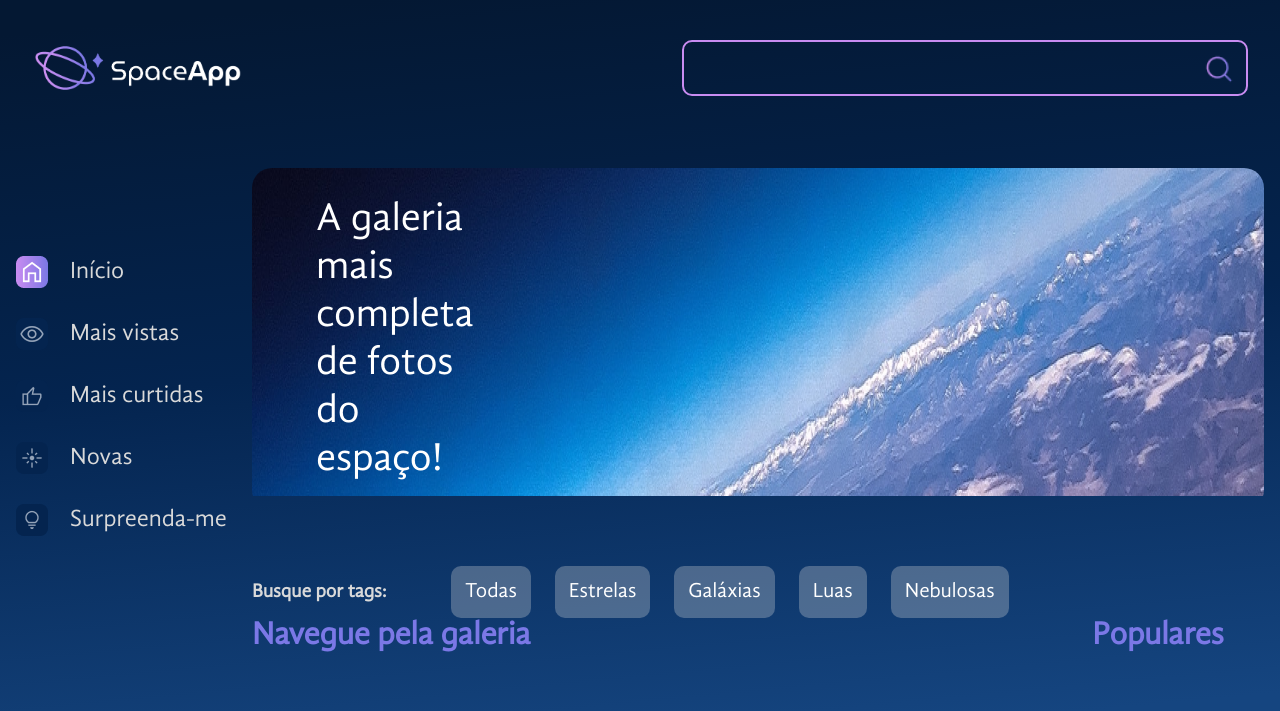
Repository: guilhermecardoso93/space-app-alura
Page: /
The author's editor kept a copy of each file at every save. The page is drawn from the files as they stood at one save, then again after the next save.
The browser window is 1280 px wide. The pictures show the whole page.
The project was rebuilt for these pictures with package versions that can differ from the ones it lists, and the page was loaded fresh each time. Also part of the build but not shown: vite.config.js.

Above is the page before, as saved 2024-06-21 20:58:57.

### index.html
<!doctype html>
<html lang="en">
  <head>
    <meta charset="UTF-8" />
    <link rel="icon" type="image/svg+xml" href="/imagens/logo.png" />
    <meta name="viewport" content="width=device-width, initial-scale=1.0" />
    <title>SpaceApp</title>
  </head>
  <body>
    <div id="root"></div>
    <script type="module" src="/src/main.jsx"></script>
  </body>
</html>

### src/App.jsx
import { Banner } from "./components/Banner";
import { EstilosGlobais } from "./components/EstilosGlobais";
import { Header } from "./components/Header";
import { SideBar } from "./components/SideBar";

import bannerBackground from "./assets/banner.png";
import {
  AppContainer,
  ConteudoGaleria,
  FundoGradiente,
  MainContainer,
} from "./styles";
import { Gallery } from "./components/Gallery";

export function App() {
  return (
    <FundoGradiente>
      <EstilosGlobais />
      <AppContainer>
        <Header />
        <MainContainer>
          <SideBar />
          <ConteudoGaleria>
            <Banner
              texto="A galeria mais completa de fotos do espaço!"
              backgroundImage={bannerBackground}
            />
            <Gallery />
          </ConteudoGaleria>
        </MainContainer>
      </AppContainer>
    </FundoGradiente>
  );
}

### src/components/Banner/index.jsx
import { styled } from "styled-components";

export function Banner(props) {
  return (
    <FigureEstilizada $backgroundImage={props.backgroundImage}>
      <TituloEstilizado>{props.texto}</TituloEstilizado>
    </FigureEstilizada>
  );
}

const FigureEstilizada = styled.figure`
  background-image: ${(props) => `url(${props.$backgroundImage})`};
  flex-grow: 1;
  background-repeat: no-repeat;
  display: flex;
  align-items: center;
  min-height: 328px;
  margin: 0;
  border-radius: 20px;
  max-width: 100%;
`;

const TituloEstilizado = styled.h1`
  font-weight: 400;
  font-size: 40px;
  line-height: 48px;
  color: #ffffff;
  max-width: 300px;
  padding: 0 64px;
`;

### src/components/EstilosGlobais/index.jsx
import { createGlobalStyle } from "styled-components";

import GandhiSansRegular from "./fonts/GandhiSans-Regular.otf";
import GandhiSansBold from "./fonts/GandhiSans-Bold.otf";

export const EstilosGlobais = createGlobalStyle`
  @font-face {
    font-family: 'GandhiSansRegular';
    src: local('Gandhi Sans Regular'), local('GandhiSansRegular'), url(${GandhiSansRegular});
  }
  @font-face {
    font-family: 'GandhiSansBold';
    src: local('Gandhi Sans Bold'), local('GandhiSansBold'), url(${GandhiSansBold});
  }

  * {
  margin: 0;
  padding: 0;
  box-sizing: border-box;
}

html {
  line-height: 1.15;
  -webkit-text-size-adjust: 100%;
  font-family: GandhiSansRegular;
}
body {
  margin: 0;
  min-height: 100vh;
}
main {
  display: block;
}
h1 {
  font-size: 2em;
  margin: 0.67em 0;
}
hr {
  box-sizing: content-box;
  height: 0;
  overflow: visible;
}
a {
  background-color: transparent;
}
abbr[title] {
  border-bottom: none;
  text-decoration: underline;
  text-decoration: underline dotted;
}
b,
strong {
  font-weight: bolder;
}
code,
kbd,
samp {
  font-family: monospace, monospace;
  font-size: 1em;
}
small {
  font-size: 80%;
}
sub,
sup {
  font-size: 75%;
  line-height: 0;
  position: relative;
  vertical-align: baseline;
}
sub {
  bottom: -0.25em;
}
sup {
  top: -0.5em;
}
img {
  border-style: none;
}
button,
input,
optgroup,
select,
textarea {
  font-family: inherit;
  font-size: 100%;
  line-height: 1.15;
  margin: 0;
}
button,
input {
  overflow: visible;
}
button,
select {
  text-transform: none;
}
button,
[type="button"],
[type="reset"],
[type="submit"] {
  -webkit-appearance: button;
}
button::-moz-focus-inner,
[type="button"]::-moz-focus-inner,
[type="reset"]::-moz-focus-inner,
[type="submit"]::-moz-focus-inner {
  border-style: none;
  padding: 0;
}
button:-moz-focusring,
[type="button"]:-moz-focusring,
[type="reset"]:-moz-focusring,
[type="submit"]:-moz-focusring {
  outline: 1px dotted ButtonText;
}
fieldset {
  padding: 0.35em 0.75em 0.625em;
}
legend {
  box-sizing: border-box;
  color: inherit;
  display: table;
  max-width: 100%;
  padding: 0;
  white-space: normal;
}
progress {
  vertical-align: baseline;
}
textarea {
  overflow: auto;
}
[type="checkbox"],
[type="radio"] {
  box-sizing: border-box;
  padding: 0;
}
[type="number"]::-webkit-inner-spin-button,
[type="number"]::-webkit-outer-spin-button {
  height: auto;
}
[type="search"] {
  -webkit-appearance: textfield;
  outline-offset: -2px;
}
[type="search"]::-webkit-search-decoration {
  -webkit-appearance: none;
}
::-webkit-file-upload-button {
  -webkit-appearance: button;
  font: inherit;
}
details {
  display: block;
}
summary {
  display: list-item;
}
template {
  display: none;
}
[hidden] {
  display: none;
}
`;

### src/components/Header/index.jsx
import { CampoTexto } from "../CampoTexto";
import { HeaderContainer } from "./styles";

export function Header() {
  return (
    <HeaderContainer>
      <img src="/imagens/logo.png" alt="Logo" />
      <CampoTexto />
    </HeaderContainer>
  );
}

### src/components/SideBar/index.jsx
import { SideBarContainer, SidebarLista } from "./styles";
import { ItemLista } from "./ItemLista";

export function SideBar() {
  return (
    <SideBarContainer>
      <nav>
        <SidebarLista>
          <a href="/">
            <ItemLista
              iconeAtivo="/icones/home-ativo.png"
              iconeInativo="/icones/home-inativo.png"
              ativo={true}
            >
              Início
            </ItemLista>
          </a>
          <ItemLista
            iconeAtivo="/icones/mais-vistas-ativo.png"
            iconeInativo="/icones/mais-vistas-inativo.png"
          >
            Mais vistas
          </ItemLista>
          <a href="/"></a>
          <ItemLista
            iconeAtivo="/icones/mais-curtidas-ativo.png"
            iconeInativo="/icones/mais-curtidas-inativo.png"
          >
            Mais curtidas
          </ItemLista>
          <ItemLista
            iconeAtivo="/icones/novas-ativo.png"
            iconeInativo="/icones/novas-inativo.png"
          >
            Novas
          </ItemLista>
          <a href="/"></a>
          <a href="/"></a>
          <ItemLista
            iconeAtivo="/icones/surpreenda-me-ativo.png"
            iconeInativo="/icones/surpreenda-me-inativo.png"
          >
            Surpreenda-me
          </ItemLista>
          <a href="/"></a>
        </SidebarLista>
      </nav>
    </SideBarContainer>
  );
}

### src/styles.js
import { styled } from "styled-components";

export const FundoGradiente = styled.div`
  background: linear-gradient(
    174.61deg,
    #041833 4.16%,
    #04244f 48%,
    #154580 96.76%
  );
  width: 100%;
  min-height: 100vh;
`;

export const AppContainer = styled.div`
  width: 1440px;
  max-width: 100%;
  margin: 0 auto;
  padding: 1rem;
`;

export const MainContainer = styled.main`
  display: flex;
  gap: 1.5rem;
  align-items: center;
`;

export const ConteudoGaleria = styled.section`
  display: flex;
  flex-direction: column;
  flex-grow: 1;
`;

### src/components/Gallery/index.jsx
import { Titulo } from "../Titulo";
import { SectionPopulares } from "./SectionPopulares";
import { Tags } from "./Tags";

import { GaleriaContainer, SecaoFluida, ImagensContainer } from "./styles";

export function Gallery({ fotos = [] }) {
  return (
    <div>
      <Tags />
      <GaleriaContainer>
        <SecaoFluida>
          <Titulo>Navegue pela galeria</Titulo>
          <ImagensContainer>
            {fotos.map((foto) => (
              <Imagem key={foto.id} foto={foto} />
            ))}
          </ImagensContainer>
        </SecaoFluida>
        <SectionPopulares />
      </GaleriaContainer>
    </div>
  );
}

### src/components/CampoTexto/index.jsx
import { ContainerEstilizado, IconeLupa, CampoTextoEstilizado} from './styles'
import search from './search.png'

export function CampoTexto(props) {
  return (
    <ContainerEstilizado>
        <CampoTextoEstilizado {...props} />
        <IconeLupa src={search} alt="ícone de lupa" />
    </ContainerEstilizado>
)
}

### src/components/Header/styles.js
import styled from "styled-components";

export const HeaderContainer = styled.header`
  padding: 60px 0;
  display: flex;
  justify-content: space-between;
  align-items: center;
  padding: 1rem;
  margin-bottom: 3rem;

  img {
    max-width: 212px;
  }
`;

### src/components/SideBar/styles.js
import styled from "styled-components";

export const SideBarContainer = styled.aside`
  a {
    text-decoration: none;
  }
`;

export const SidebarLista = styled.ul`
  list-style: none;
  padding: 0;
  margin: 0;
  width: 212px;
`;

### src/components/SideBar/ItemLista/index.jsx
/* eslint-disable react/prop-types */
import styled from "styled-components";

export function ItemLista(props) {
  return (
    <ItemListaLi>
      <img src={props.ativo ? props.iconeAtivo : props.iconeInativo} alt="" />
      {props.children}
    </ItemListaLi>
  );
}

const ItemListaLi = styled.li`
  font-size: 24px;
  line-height: 29px;
  margin-bottom: 30px;
  cursor: pointer;
  color: ${(props) => (props.$ativo ? "#7B78E5" : "#D9D9D9")};
  font-family: ${(props) =>
    props.$ativo ? "GandhiSansBold" : "GandhiSansRegular"};
  display: flex;
  align-items: center;
  gap: 22px;
`;

### src/components/Titulo/index.jsx
import styled from "styled-components";

export const Titulo = styled.h2`
  color: #7b78e6;
  font-size: 32px;
  text-align: ${(props) => (props.$alinhamento ? props.$alinhamento : "left")};
`;

### src/components/Gallery/SectionPopulares/index.jsx
import { Titulo } from "../../Titulo";

export function SectionPopulares() {
  return (
    <div style={{ minWidth: 212 }}>
      <Titulo $alinhamento="center">Populares</Titulo>
    </div>
  );
}

### src/components/Gallery/Tags/index.jsx
import { TagTitulo, TagsContainer, Div, Tag } from "./styles";
import tags from "./tags.json";

export function Tags() {
  return (
    <TagsContainer>
      <TagTitulo>Busque por tags:</TagTitulo>
      <Div>
        {tags.map((tag) => (
          <Tag key={tag.id}>{tag.titulo}</Tag>
        ))}
      </Div>
    </TagsContainer>
  );
}

### src/components/Gallery/styles.js
import styled from "styled-components";

export const GaleriaContainer = styled.div`
    display: flex;
    gap: 24px;
`

export const SecaoFluida = styled.section`
    flex-grow: 1;
`

export const ImagensContainer = styled.section`
    display: flex;
    justify-content: space-between;
    flex-wrap: wrap;
    gap: 24px;
`

### src/components/CampoTexto/styles.js
import { styled } from "styled-components";

export const ContainerEstilizado = styled.div`
  position: relative;
  display: inline-block;
`;

export const CampoTextoEstilizado = styled.input`
  height: 56px;
  padding: 12px 16px;
  border-radius: 10px;
  border: 2px solid;
  border-color: #c98cf1;
  background: transparent;
  box-sizing: border-box;
  width: 566px;
  color: #d9d9d9;
  font-weight: 400;
  font-size: 20px;
  line-height: 20px;
`;

export const IconeLupa = styled.img`
  position: absolute;
  top: 10px;
  right: 10px;
  width: 38px;
  height: 38px;
`;

### src/components/Gallery/Tags/styles.js
import { styled } from 'styled-components';
import tags from './tags.json'

export const TagsContainer = styled.section`
    display: flex;
    align-items: center;
    gap: 64px;
    margin-top: 56px;
`

export const TagTitulo = styled.h3`
    color: #D9D9D9;
    font-size: 1.2rem;
    margin: 0;
`;

export const Tag = styled.button`
    font-size: 1.3rem;
    color: #FFFFFF;
    background: rgba(217, 217, 217, 0.3);
    border-radius: 10px;
    cursor: pointer;
    transition: background-color 0.3s ease;
    padding: 12px;
    box-sizing: border-box;
    border: 2px solid transparent;
    &:hover {
      border-color: #C98CF1;
    }
`

export const Div = styled.div`
    display: flex;
    gap: 24px;
    justify-content: end;
`

### src/components/Gallery/Tags/tags.json
[
  {
    "id": 0,
    "titulo": "Todas"
  },
  {
    "id": 1,
    "titulo": "Estrelas"
  },
  {
    "id": 2,
    "titulo": "Galáxias"
  },
  {
    "id": 3,
    "titulo": "Luas"
  },
  {
    "id": 4,
    "titulo": "Nebulosas"
  }
]

Loaded but not shown: src/main.jsx (common file)

After the next save:
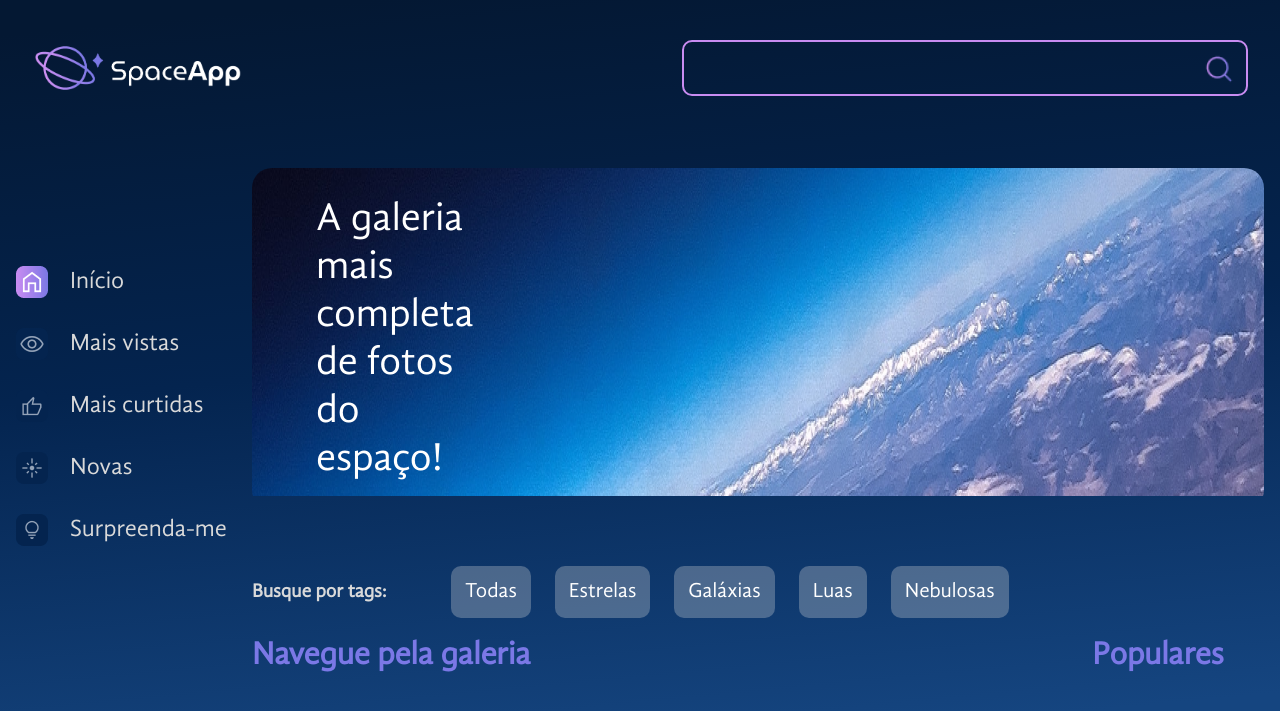
Saved 16 s later.
--- a/src/components/Gallery/Tags/styles.js
+++ b/src/components/Gallery/Tags/styles.js
@@ -1,36 +1,37 @@
-import { styled } from 'styled-components';
-import tags from './tags.json'
+import { styled } from "styled-components";
+import tags from "./tags.json";
 
 export const TagsContainer = styled.section`
-    display: flex;
-    align-items: center;
-    gap: 64px;
-    margin-top: 56px;
-`
+  display: flex;
+  align-items: center;
+  gap: 64px;
+  margin-top: 56px;
+  margin-bottom: 20px;
+`;
 
 export const TagTitulo = styled.h3`
-    color: #D9D9D9;
-    font-size: 1.2rem;
-    margin: 0;
+  color: #d9d9d9;
+  font-size: 1.2rem;
+  margin: 0;
 `;
 
 export const Tag = styled.button`
-    font-size: 1.3rem;
-    color: #FFFFFF;
-    background: rgba(217, 217, 217, 0.3);
-    border-radius: 10px;
-    cursor: pointer;
-    transition: background-color 0.3s ease;
-    padding: 12px;
-    box-sizing: border-box;
-    border: 2px solid transparent;
-    &:hover {
-      border-color: #C98CF1;
-    }
-`
+  font-size: 1.3rem;
+  color: #ffffff;
+  background: rgba(217, 217, 217, 0.3);
+  border-radius: 10px;
+  cursor: pointer;
+  transition: background-color 0.3s ease;
+  padding: 12px;
+  box-sizing: border-box;
+  border: 2px solid transparent;
+  &:hover {
+    border-color: #c98cf1;
+  }
+`;
 
 export const Div = styled.div`
-    display: flex;
-    gap: 24px;
-    justify-content: end;
-`
+  display: flex;
+  gap: 24px;
+  justify-content: end;
+`;
